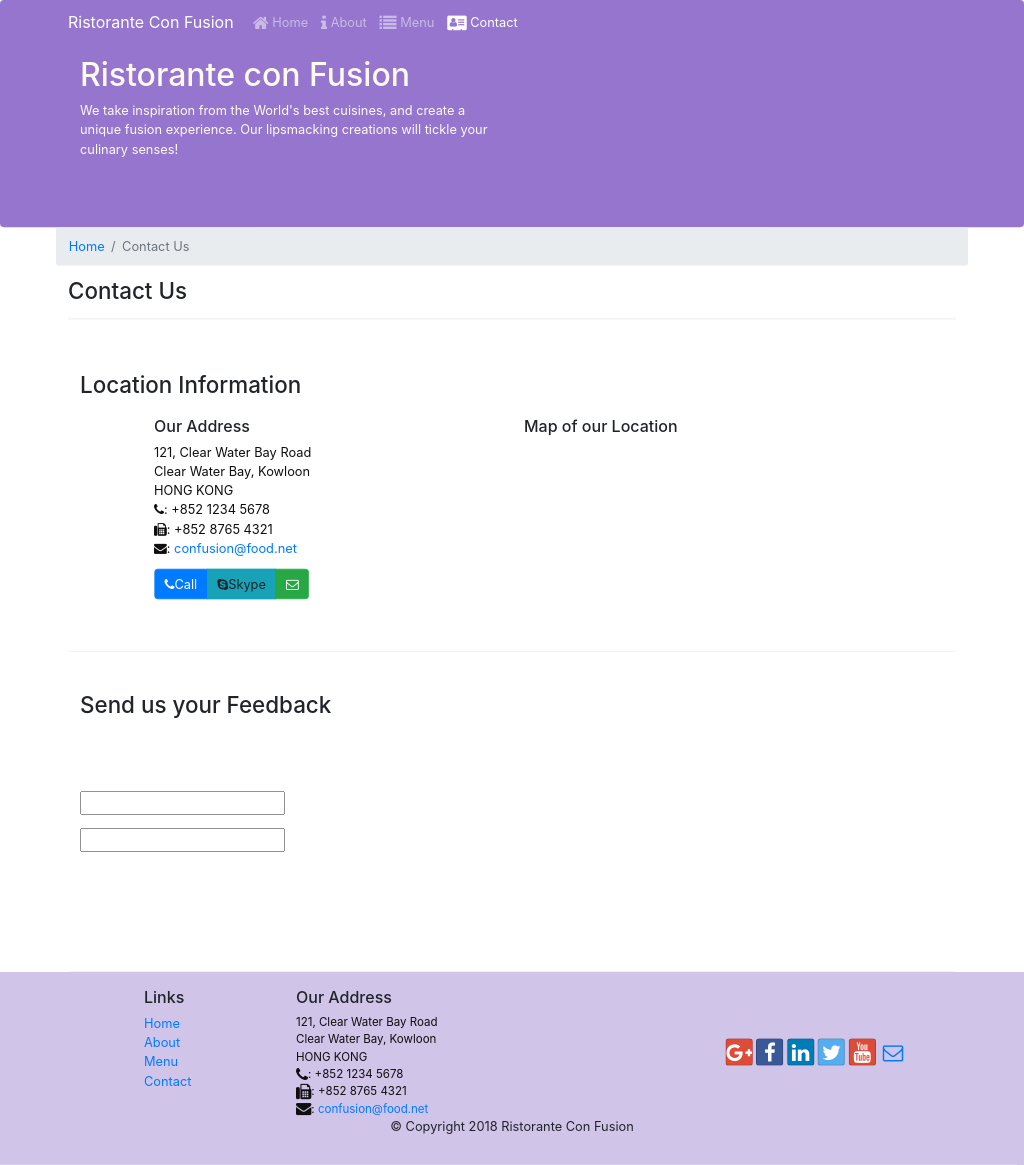
Repository: HwZau/conFusion
Page: contactus.html
An editor plug-in stored every save of this project. The page is shown before and after the next save, followed by the edit.
The browser window is 1280 px wide. The pictures show the whole page, at 80% of full size.

Above is the page before, as saved 2022-05-19 09:40:13.

After the next save:
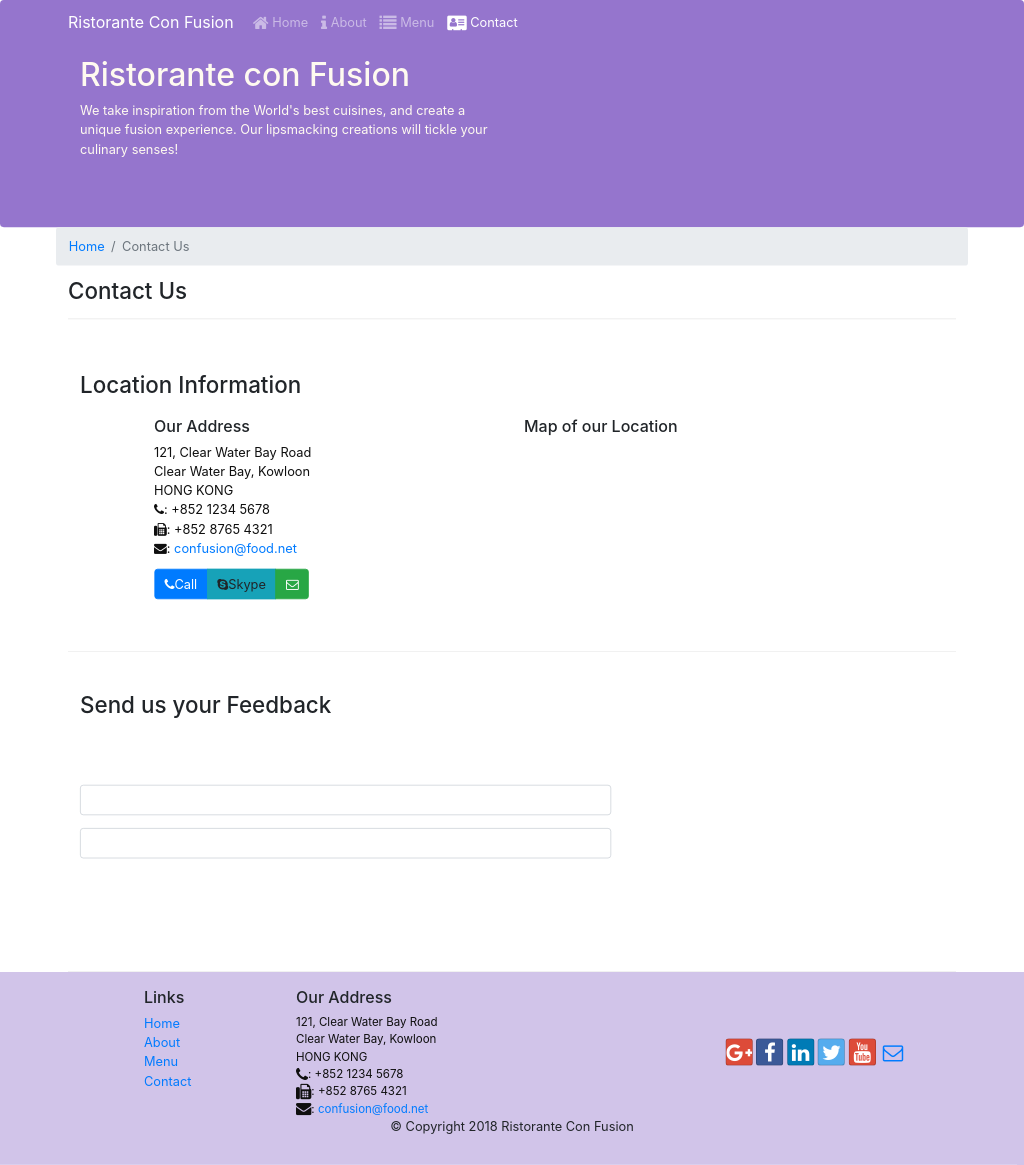
Saved 9 s later.
--- a/contactus.html
+++ b/contactus.html
@@ -129,13 +129,13 @@
             <form action="" class="form-group row">
                 <label for=""></label>
                 <div class="col-md-10">
-                    <input type="text" class="form-cotrol">
+                    <input type="text" class="form-control">
                 </div>
             </form>
             <form action="" class="form-group row">
                 <label for=""></label>
                 <div class="col-md-10">
-                    <input type="text" class="form-cotrol">
+                    <input type="text" class="form-control">
                 </div>
             </form>
         </div>
